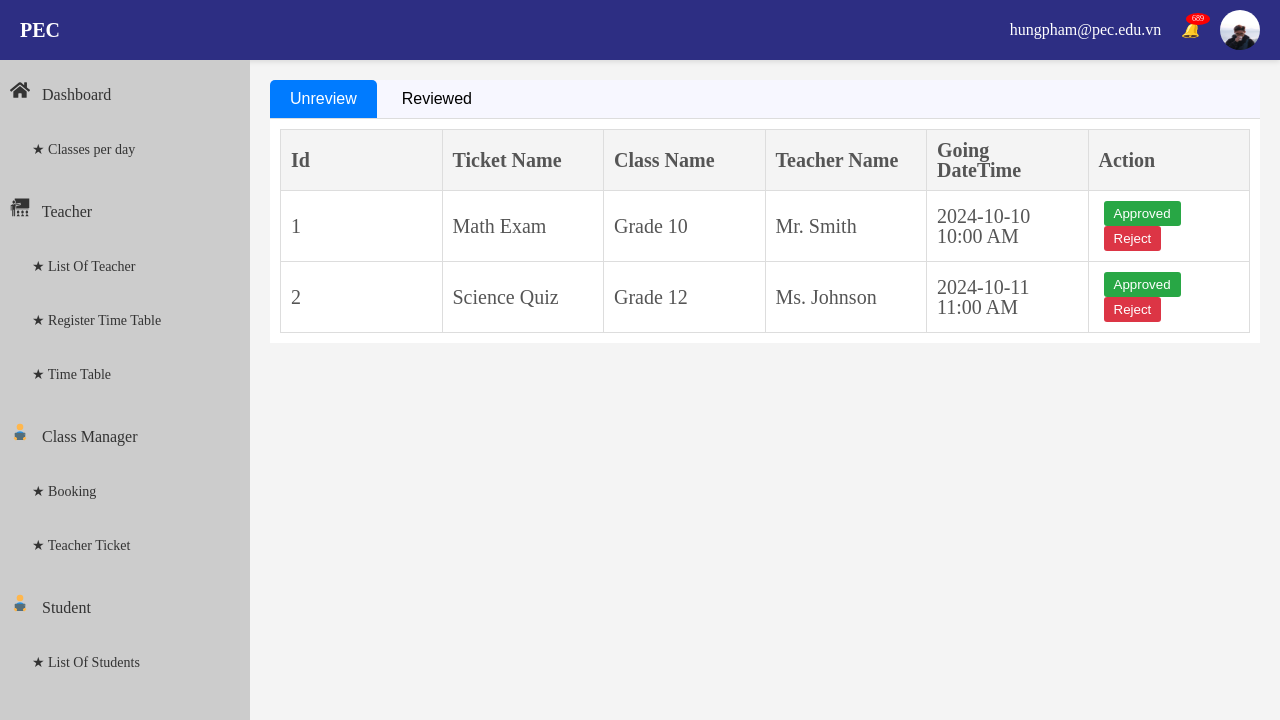
Repository: BitDanceLabels/Bumblebee_BDG
Page: /ticket
The author's editor kept a copy of each file at every save. The page is drawn from the files as they stood at one save, then again after a run of saves.
The browser window is 1280 px wide. The pictures show the whole page.
An inner scrolling area shows only its first screen. The project was rebuilt for these pictures with package versions that can differ from the ones it lists, and the page was loaded fresh each time. Also part of the build but not shown: vite.config.js, src/components/Dashboard/ScheduleComponent.jsx, src/components/Management/Booking.jsx, src/components/modal/CreateStudentModal.jsx, src/components/Student/ListOfStudent.jsx, src/components/modal/CreateTeacherModal.jsx, src/components/Teacher/TeacherTable.jsx, src/components/Teacher/ListOfTeacher.jsx and 16 more. Imported but missing from the stored project, and not drawn on this page: src/components/modal/DeactiveStudentModal.

Above is the page before, as saved 2024-10-07 13:53:44.

After the next 2 saves:
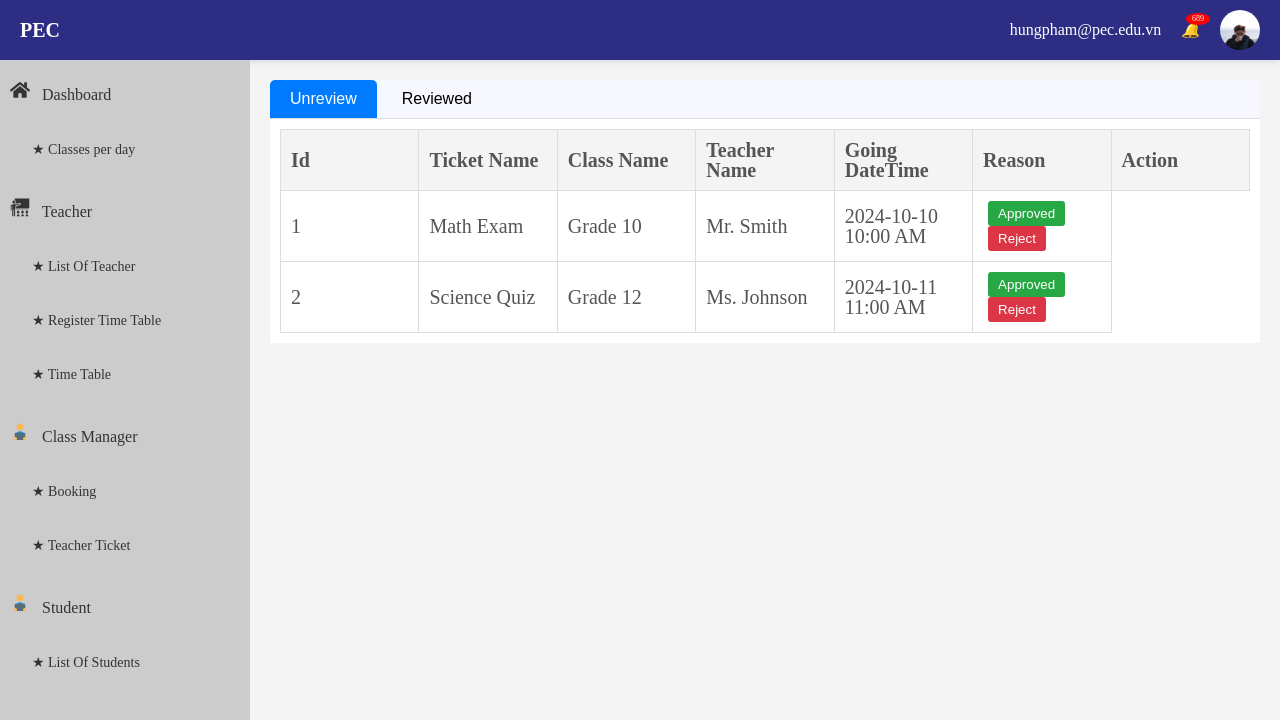
The 2 saves are shown as one change because they came seconds apart.
The last was saved 44 s later.
--- a/src/components/Management/ListTicketUnReview.jsx
+++ b/src/components/Management/ListTicketUnReview.jsx
@@ -68,6 +68,7 @@ const ListTicketUnReview = () => {
             <Th>Class Name</Th>
             <Th>Teacher Name</Th>
             <Th>Going DateTime</Th>
+            <Th>Reason</Th>
             <Th>Action</Th>
           </tr>
         </thead>
